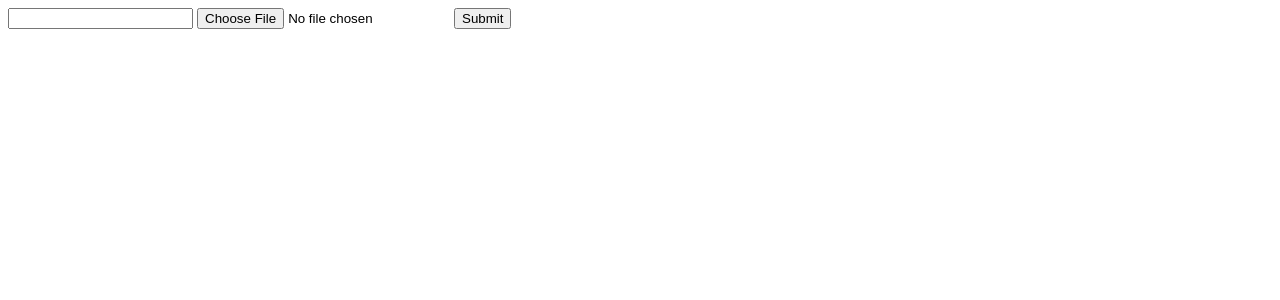
Repository: jessie9527/Java_Brad
Page: BradWeb/src/main/webapp/brad10.html
An editor plug-in stored every save of this project. The page is shown before and after the next save, followed by the edit.
The browser window is 1280 px wide. The pictures show the whole page.

Above is the page before, as saved 2023-05-09 07:28:21.

### BradWeb/src/main/webapp/brad10.html
<!DOCTYPE html>
<html>
	<head>
		<meta charset="UTF-8">
		<title>Brad Big Company</title>
	</head>
	<body>
		<!-- multipart/form-data:把表單 -->
		<form action="Brad10" method="post" enctype="multipart/form-data">
			<input name="account">
			<input type="file" name="upload" />
			<input type="submit" name="upload" />
		</form>
	</body>
</html>

After the next save:
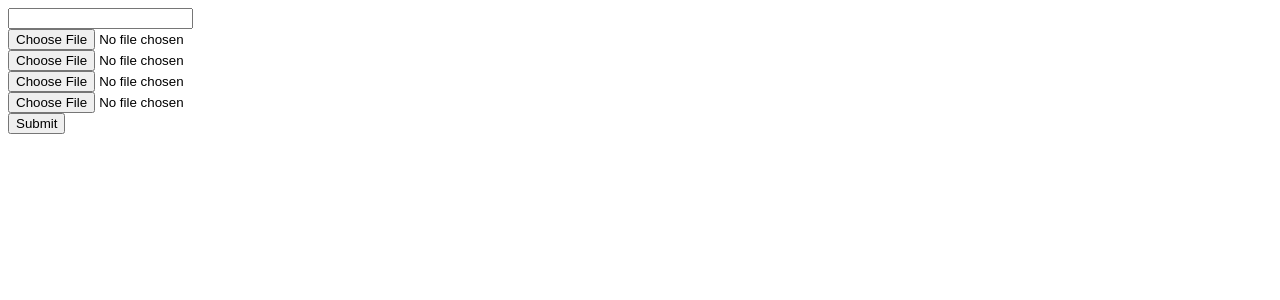
Saved 4 min 25 s later.
--- a/BradWeb/src/main/webapp/brad10.html
+++ b/BradWeb/src/main/webapp/brad10.html
@@ -7,8 +7,11 @@
 	<body>
 		<!-- multipart/form-data:把表單 -->
 		<form action="Brad10" method="post" enctype="multipart/form-data">
-			<input name="account">
-			<input type="file" name="upload" />
+			<input name="account" /><br />
+			<input type="file" name="upload" /><br />
+			<input type="file" name="upload" /><br />
+			<input type="file" name="upload" /><br />
+			<input type="file" name="upload" /><br />
 			<input type="submit" name="upload" />
 		</form>
 	</body>
